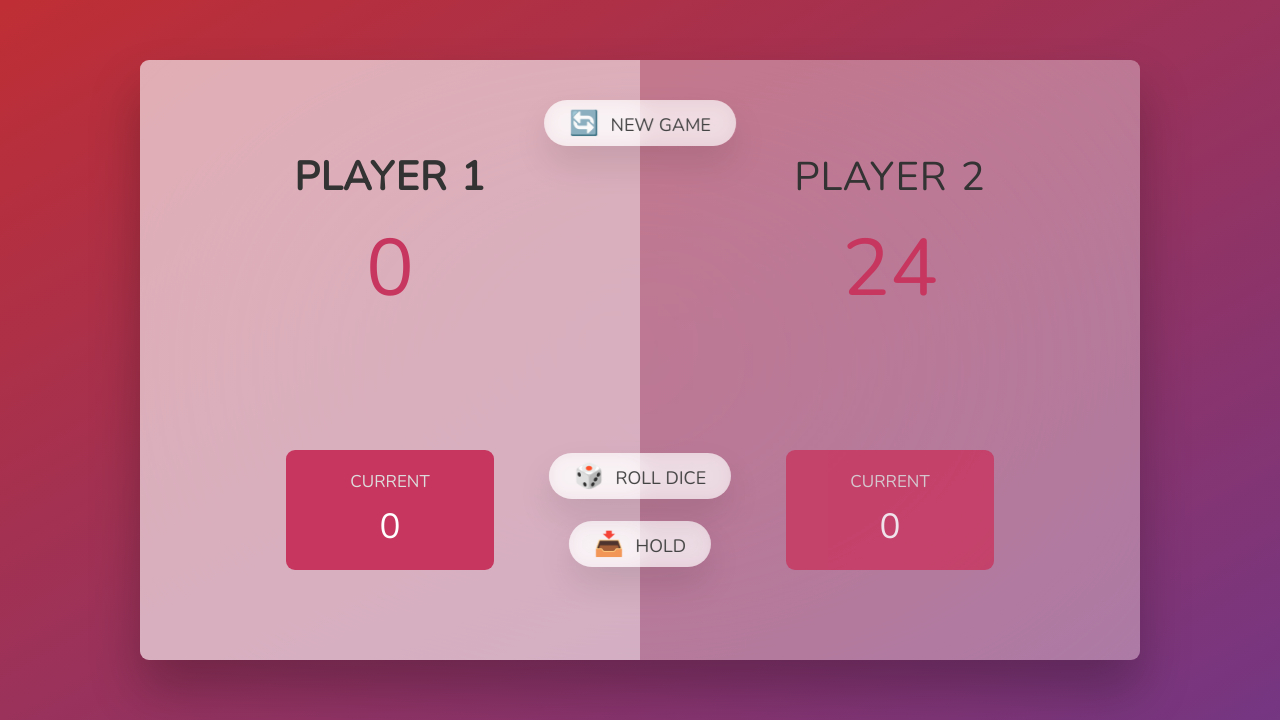
Repository: AbanoubSamyTawfek2002/pig-game
Page: index.html
An editor plug-in stored every save of this project. The page is shown before and after the next save, followed by the edit.
The browser window is 1280 px wide. The pictures show the whole page.

Above is the page before, as saved 2025-09-29 00:45:47.

After the next save:
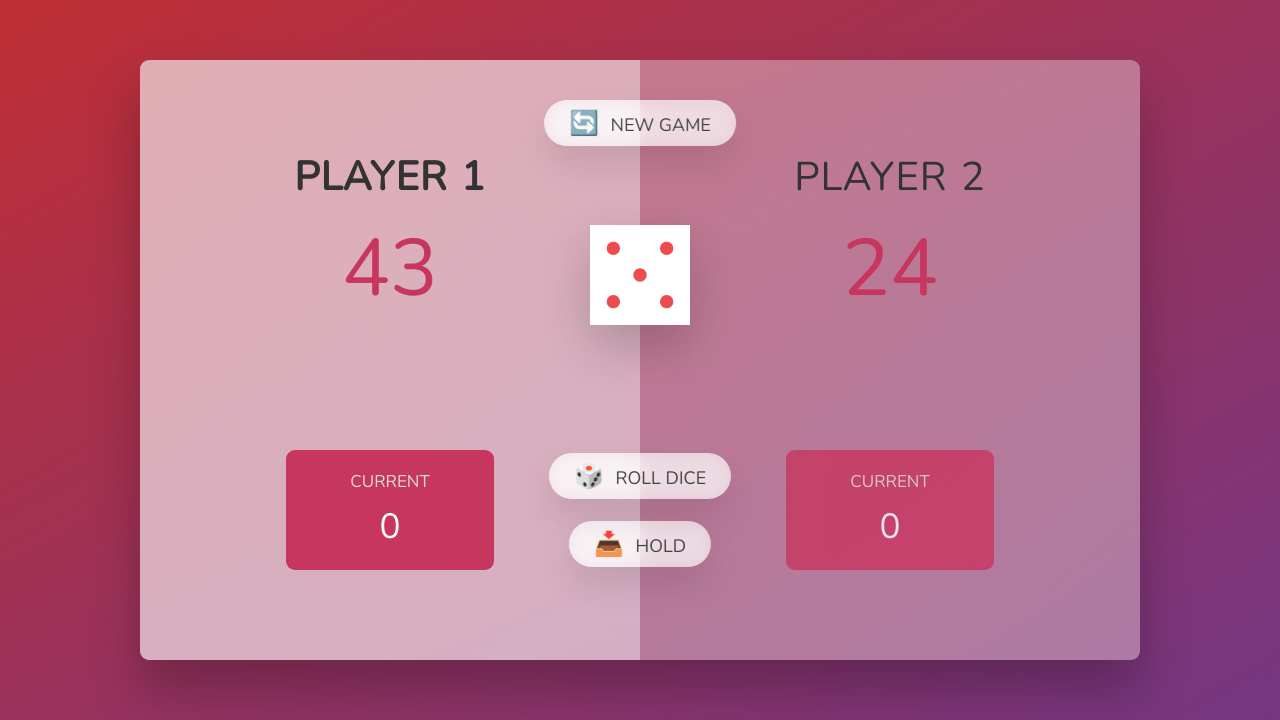
Console error: SyntaxError: Unexpected token '}'
Saved 101 s later.
--- a/script.js
+++ b/script.js
@@ -26,5 +26,6 @@
     document.getElementById(`current--${currentPlayer}`).textContent =
       currentscore0;
   } else {
+    currentPlayer=
   }
 });

After the save that followed:
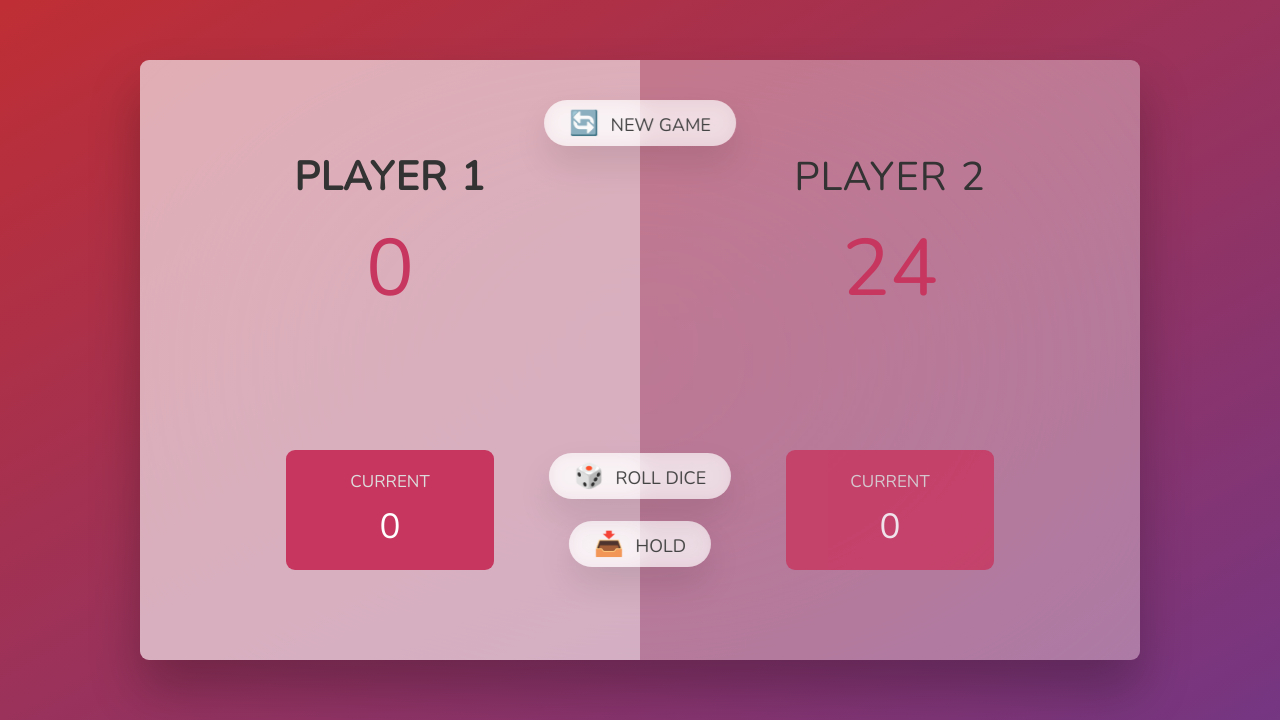
The error is gone.
Saved 15 s later.
--- a/script.js
+++ b/script.js
@@ -26,6 +26,6 @@
     document.getElementById(`current--${currentPlayer}`).textContent =
       currentscore0;
   } else {
-    currentPlayer=
+    currentPlayer = currentPlayer === 0 ? 1 : 0;
   }
 });
